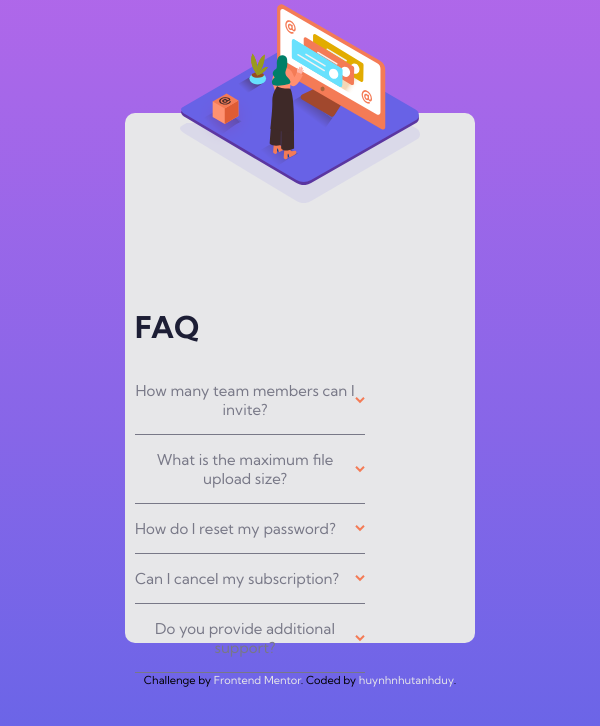
Repository: huynhnhutanhduy/faq-accordion-card
Page: index.html
The author's editor kept a copy of each file at every save. The page is drawn from the files as they stood at one save, then again after the next save.
The browser window is 600 px wide. The pictures show the whole page.

Above is the page before, as saved 2022-10-22 15:32:45.

After the next save:
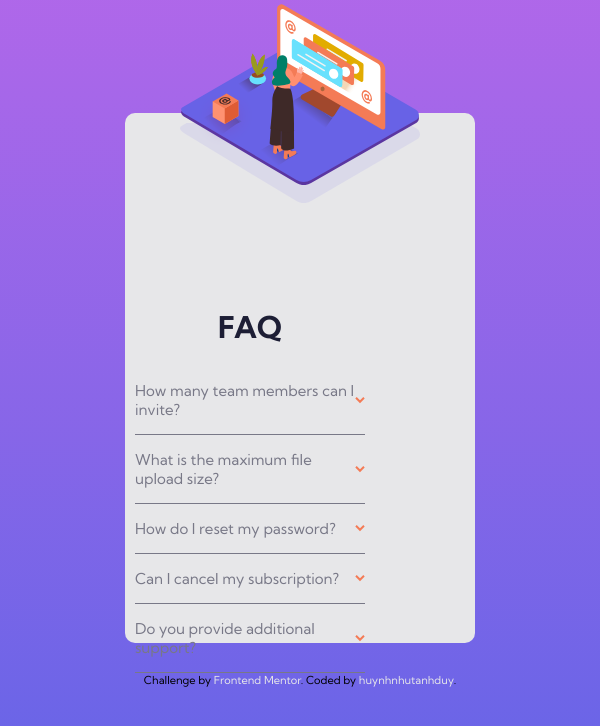
Saved 13 s later.
--- a/app.css
+++ b/app.css
@@ -166,7 +166,7 @@ img {
   .card-item {
     width: 100%;
   }
-  .card-item__title {
+  .card-title {
     text-align: center;
   }
 }
